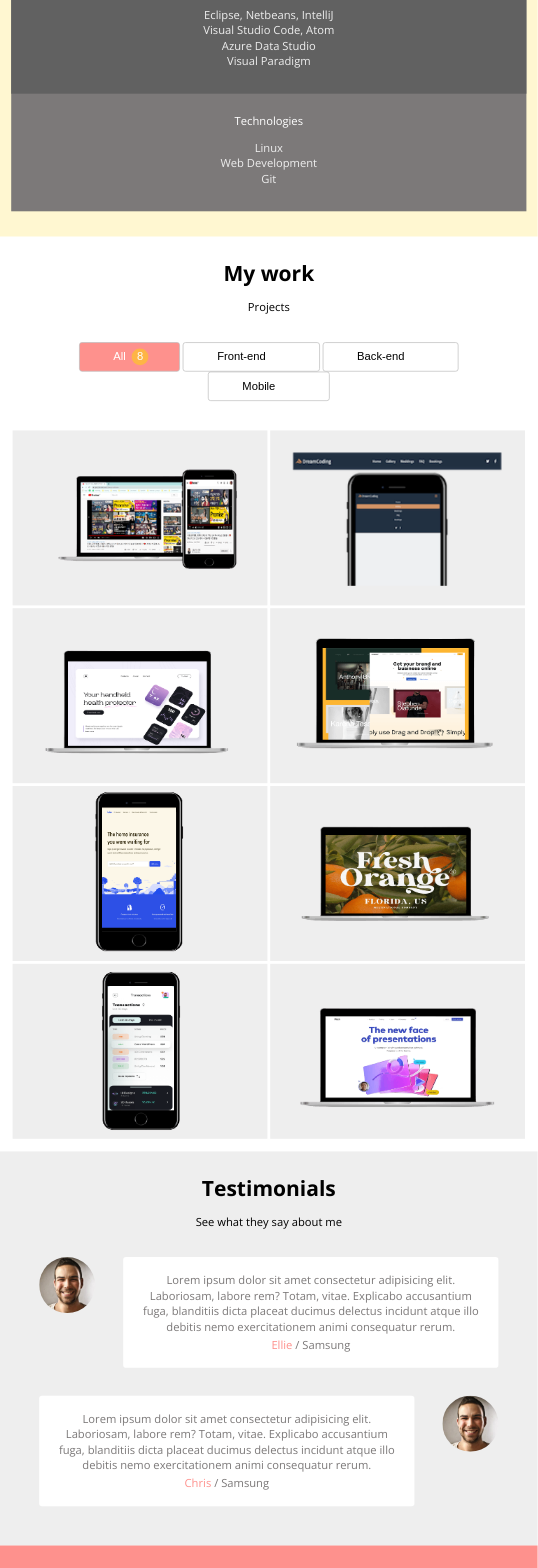
Repository: jennyjjung/portfolio.v0
Page: index.html
These files come from the project's save history. The page is drawn as it stood at one moment and after the next save; the edit follows.
The browser window is 768 px wide. The pictures show the part of the page from y = 2347 to 4587 px (the page is 4831 px tall), at 70% of full size.
Some web libraries are served in a nearby version.

Above is the page before, as saved 2022-02-28 12:04:50.

### index.html
<!DOCTYPE html>
<html lang="en">

<head>
  <meta charset="UTF-8">
  <meta http-equiv="X-UA-Compatible" content="IE=edge">
  <meta name="viewport" content="width=device-width, initial-scale=1.0">
  <title>Jenny's Portfolio</title>
  <meta name="description" content="Portfolio for world-renowned software engineer Jenny">
  <meta nema="author" content="Jenny">
  <link rel="icon" type="image/png" href="imgs/favicon.png" />
  <script src="https://kit.fontawesome.com/3a426e8432.js" crossorigin="anonymous"></script>
  <link rel="preconnect" href="https://fonts.googleapis.com">
  <link rel="preconnect" href="https://fonts.gstatic.com" crossorigin>
  <link href="https://fonts.googleapis.com/css2?family=Open+Sans:wght@400;600;700&display=swap" rel="stylesheet">
  <link rel="stylesheet" href="style.css" />
  <script src="main.js" defer></script>
</head>

<body>
  <!-- Navbar -->
  <nav id="navbar">
    <div class="navbar__logo">
      <i class="fab fa-diaspora"></i>
      <a href="#">Jenny</a>
    </div>
    <div class="navbar__menu">
        <li class="navbar__menu__item active" data-link="#home">Home</li>
        <li class="navbar__menu__item" data-link="#about">About</li>
        <li class="navbar__menu__item" data-link="#skills">Skills</li>
        <li class="navbar__menu__item" data-link="#work">My Work</li>
        <li class="navbar__menu__item" data-link="#testimonials">Testimonial</li>
        <li class="navbar__menu__item" data-link="#contact">Contact</li>
    </div>

    <!-- Toggel button -->
    <button class="navbar__toggle-btn">
      <i class="fas fa-bars"></i>
    </button>



  </nav>

  <!-- Home -->
  <section id="home">
    <div class= "home__container">
      <img src="imgs/profile.png" alt="Jenny's profile photo" class="home__avartar">
      <h1 class="home__title">Hello, <br>I am a Dream Coder!</h1>
      <h2 class="home__description">A Software Engineer currently residing in Ontario, Canada.</h2>
      <button class="home__contact">Contact Me</button>
    </div>
  </section>

  <!-- About -->
  <section id="about" class="section section__container">
    <h1>About me</h1>
    <p>
      Lorem ipsum dolor sit amet, consectetur adipisicing elit. Reiciendis, sit ex eos deserunt suscipit nobis
      aspernatur iste laudantium quibusdam aut, error iusto porro ut fuga corporis quis expedita, odit beatae?
    </p>
    <div class="about__majors">
      <div class="major">
        <div class="major__icon">
          <i class="fab fa-css3-alt"></i>
        </div>
        <h2 class="major__title">Front-end</h2>
        <div class="major__description">HTML, CSS, JavaScript, TypeScript, <br>React, Vue, Web APIs</div>
      </div>
      <div class="major">
        <div class="major__icon">
          <i class="fas fa-mobile-alt"></i>
        </div>
        <h2 class="major__title">Mobile</h2>
        <div class="major__description">Android, iOS, React Native, Flutter<br>Java, Swift, Kotilin</div>
      </div>
      <div class="major">
        <div class="major__icon">
          <i class="fas fa-server"></i>
        </div>
        <h2 class="major__title">Back-end</h2>
        <div class="major__description">Java, JavaScript, Go, NodeJS<br>Rest APIs, GraphGL</div>
      </div>
    </div>
    <div class="about__org">
      <div class="org">
        <img src="imgs/Sheridan_College_Logo.png" alt="Sheridan College" class="org__logo">
        <div class="job__description">
          <p class="org__name">Sheridan College - System Development Software Engineering</p>
          <p class="org__period">2021 Jan - Until now</p>
        </div>
      </div>
    </div>
  </section>

  <!-- Skills -->
  <section id="skills" class="section">
    <div class="section__container">
      <h1>Skills</h1>
      <h2>Skills & Attributes</h2>
      <p>
        Experience with all phases of the software life-cycle. Passion for learning new technologies. Capable of working
        within a team environment and independently. Ability to plan and time scheedule, work under strict time pressure
        and adapt quickly when needed.
      </p>

      <div class="skillset">
        <div class="skillset__left">
          <h3 class="skillset_title">Skills</h3>
          <div class="skill">
            <div class="skill_description">
              <span>Java</span>
              <span>80%</span>
            </div>
            <div class="skill__bar">
              <div class="skill__value" style="width:80%;"></div>
            </div>
          </div>
          <div class="skill">
            <div class="skill_description">
              <span>HTML, CSS</span>
              <span>95%</span>
            </div>
            <div class="skill__bar">
              <div class="skill__value" style="width:90%;"></div>
            </div>
          </div>
          <div class="skill">
            <div class="skill_description">
              <span>JavaScripnt</span>
              <span>80%</span>
            </div>
            <div class="skill__bar">
              <div class="skill__value" style="width:80%;"></div>
            </div>
          </div>
          <div class="skill">
            <div class="skill_description">
              <span>PHP</span>
              <span>50%</span>
            </div>
            <div class="skill__bar">
              <div class="skill__value" style="width:50%;"></div>
            </div>
          </div>
        </div>

        <div class="skillset__right">
          <div class="tools">
            <h3 class="skillset_title">Tools</h3>
            <ul class="tools__list">
              <li><span>Eclipse, Netbeans, IntelliJ</span></li>
              <li><span>Visual Studio Code, Atom</span></li>
              <li><span>Azure Data Studio</span></li>
              <li><span>Visual Paradigm</span></li>
            </ul>
          </div>
          <div class="technologies">
            <h3 class="skillset_title">Technologies</h3>
            <ul class="tools__list">
              <li><span>Linux</span></li>
              <li><span>Web Development</span></li>
              <li><span>Git</span></li>
            </ul>
          </div>
        </div>
      </div>
    </div>
  </section>

  <!-- Work -->
  <section id="work" class="section">
    <div class="section__container">
      <h1>My work</h1>
      <h3>Projects</h3>
      <div class="work__categories">
        <button class="category__btn selected" data-filter="*">All <span class="category__count">8</span></button>
        <button class="category__btn" data-filter="front-end">Front-end <span class="category__count">3</span></button>
        <button class="category__btn" data-filter="back-end">Back-end <span class="category__count">3</span></button>
        <button class="category__btn" data-filter="mobile">Mobile <span class="category__count">2</span></button>
      </div>

      <div class="work__projects">
        <a href="#" class="project" target="blank" data-type="front-end">
          <img class="project__img" src="imgs/projects/project1.png" alt="project1">
          <div class="project__description">
            <h3>Youtube Site</h3>
            <span>Clone coding with HTML and CSS</span>
          </div>
        </a>


        <a href="#" class="project" target="blank" data-type="back-end">
          <img class="project__img" src="imgs/projects/project2.png" alt="project2">
          <div class="project__description">
            <h3>project2</h3>
            <span>Clone coding with HTML and CSS</span>
          </div>
        </a>

        <a href="#" class="project" target="blank" data-type="front-end">
          <img class="project__img" src="imgs/projects/project3.png" alt="project3">
          <div class="project__description">
            <h3>project3</h3>
            <span>Clone coding with HTML and CSS</span>
          </div>
        </a>

        <a href="#" class="project" target="blank" data-type="back-end">
          <img class="project__img" src="imgs/projects/project4.png" alt="project4">
          <div class="project__description">
            <h3>project4</h3>
            <span>Clone coding with HTML and CSS</span>
          </div>
        </a>

        <a href="#" class="project" target="blank" data-type="mobile">
          <img class="project__img" src="imgs/projects/project5.png" alt="project5">
          <div class="project__description">
            <h3>project5</h3>
            <span>Clone coding with HTML and CSS</span>
          </div>
        </a>


        <a href="#" class="project" target="blank" data-type="front-end">
          <img class="project__img" src="imgs/projects/project6.png" alt="project6">
          <div class="project__description">
            <h3>project6</h3>
            <span>Clone coding with HTML and CSS</span>
          </div>
        </a>


        <a href="#" class="project" target="blank" data-type="mobile">
          <img class="project__img" src="imgs/projects/project7.png" alt="project7">
          <div class="project__description">
            <h3>project7</h3>
            <span>Clone coding with HTML and CSS</span>
          </div>
        </a>


        <a href="#" class="project" target="blank" data-type="back-end">
          <img class="project__img" src="imgs/projects/project8.png" alt="project8">
          <div class="project__description">
            <h3>project8</h3>
            <span>Clone coding with HTML and CSS</span>
          </div>
        </a>
      </div>
    </div>
  </section>

  <!-- Testimonials -->
  <section id="testimonials" class="section">
    <div class="section__container">
      <h1>Testimonials</h1>
      <h3>See what they say about me</h3>
      <div class="testimonials">
        <div class="testimonial">
          <img src="imgs/testimonial/bob.jpg" alt="People" class="testimonial__avatar">
          <div class="testimonial__speech-bubble">
            <p>Lorem ipsum dolor sit amet consectetur adipisicing elit. Laboriosam, labore rem? Totam, vitae. Explicabo accusantium fuga, blanditiis dicta placeat ducimus delectus incidunt atque illo debitis nemo exercitationem animi consequatur rerum.</p>
            <p class="name"><a href="#">Ellie </a>/ Samsung</p>
          </div>
        </div>
      </div>

      <div class="testimonials">
        <div class="testimonial">
          <div class="testimonial__speech-bubble">
            <p>Lorem ipsum dolor sit amet consectetur adipisicing elit. Laboriosam, labore rem? Totam, vitae. Explicabo accusantium fuga, blanditiis dicta placeat ducimus delectus incidunt atque illo debitis nemo exercitationem animi consequatur rerum.</p>
            <p class="name"><a href="#">Chris </a>/ Samsung</p>
          </div>
          <img src="imgs/testimonial/bob.jpg" alt="People" class="testimonial__avatar">
        </div>
      </div>
    </div>

  </section>

  <!-- Contact -->
  <section id="contact" class="section">
    <h1 class="contact__title">Let's talk</h1>
    <h2 class="contact__email">jungjuyo@sheridancollege.ca</h2>
    <div class="contact__links">
      <a href="https://github.com/jennyjjung" target="_blank">
        <i class="fa fa-github"></i>
      </a>
      <a href="https://www.linkedin.com/in/jennyjjung" target="_blank">
        <i class="fa fa-linkedin-square"></i>
      </a>
    </div>
    <p class="contact__rights">2021 Jenny Juyoung Jung - All reights reserved</p>
  </section>

  <!-- Arrow up-->
  <button class="arrow-up">
    <i class="fa-solid fa-arrow-up"></i>
  </button>
</body>

</html>

### style.css
/* Global */
:root {
  /* Color */
  --color-white: #ffffff;
  --color-light-white: #eeeeee;
  --color-dark-white: #bdbdbd;
  --color-pink: #fe918d;
  --color-dark-pink: #ff6863;
  --color-dark-grey: #4d4d4d;
  --color-grey: #616161;
  --color-light-grey: #7c7979;
  --color-blue: #73aace;
  --color-yellow: #fff7d1;
  --color-orange: #feb546;
  --color-black: #000000;

  /* Font weight */
  --weight-bold: 700;
  --weight-semi-bold: 600;
  --weight-regular: 400;

  /* Font Size */
  --font-large: 48px;
  --font-medium: 28px;
  --font-regular: 18px;
  --font-small: 16px;
  --font-micro: 14px;

  /* Size */
  --size-border-radius: 4px;

  /* Animation */
  --animation-duration: 300ms;
}

/* Universal tags */
* {
  box-sizing: border-box;
}

body {
  margin: 0;
  font-family: "Open Sans", sans-serif;
  cursor: default;
}

a {
  text-decoration: none;
  color: var(--color-white);
}

ul {
  list-style: none;
  padding-left: 0;
}

li {
  list-style: none;
}

button {
  background-color: transparent;
  cursor: pointer;
  border: none;
  outline: none;
}

/* Typography */
h1 {
  font-size: var(--font-large);
  font-weight: var(--weight-bold);
  color: var(--color-black);
  margin: 16px 0px;
}

h2 {
  font-size: var(--font-medium);
  font-weight: var(--weight-semi-bold);
  color: var(--color-black);
  margin: 8px 0;
}

h3 {
  font-size: var(--font-regular);
  font-weight: var(--weight-regular);
  color: var(--color-black);
  margin: 8px 0;
}

p {
  font-size: var(--font-regular);
  font-weight: var(--weight-regular);
  color: var(--color-black);
  margin: 4px 0;
}

/* Navbar */
#navbar {
  position: fixed;
  width: 100%;
  display: flex;
  justify-content: space-between;
  background-color: transparent;
  align-items: center;
  color: var(--color-white);
  padding: 16px;
  transition: all var(--animation-duration) ease-in-out;
  z-index: 1;
}

#navbar.navbar--dark {
  background-color: var(--color-pink);
  padding: 5px;
}

.navbar__menu {
  display: flex;
}

.navbar__logo {
  font-size: var(--font-medium);
  font-weight: var(--weight-semi-bold);
}

.navbar__menu__item {
  padding: 8px 12px;
  margin: 0 4px;
  cursor: pointer;
  color: var(--color-white);
  border: 1px solid transparent;
  border-radius: var(--size-border-radius);
}

.navbar__menu__item:hover {
  border-color: var(--color-white);
  background-color: var(--color-dark-pink);
}

.navbar__toggle-btn {
  position: absolute;
  right: 32px;
  font-size: 24px;
  color: var(--color-white);
  top: 24px;
  display: none;
}

/* Home */
#home {
  background: url("imgs/homebackground.png") center/cover no-repeat;
  padding: 40px;
  padding-top: 120px;
  text-align: center;
}

.home__avartar {
  width: 250px;
  height: 250px;
  border-radius: 50%;
  border: 2px solid var(--color-light-white);
}

.home__title,
.home__description {
  color: var(--color-white);
}

.home__contact {
  color: var(--color-light-white);
  font-size: var(--font-regular);
  font-weight: var(--weight-bold);
  margin: 24px;
  padding: 8px 12px;
  border: 2px solid var(--color-light-white);
  border-radius: var(--size-border-radius);
}

.home__contact:hover {
  background-color: var(--color-orange);
}

/* Section common */
.section {
  padding: 50px;
  text-align: center;
  margin: auto;
}

.section__container {
  max-width: 1200px;
  margin: auto;
}

/* About */
.about__majors {
  display: flex;
  justify-content: space-between;
  margin: 80px 0;
}

.major__icon {
  width: 170px;
  height: 170px;
  line-height: 170px;
  font-size: 70px;
  margin: auto;
  color: var(--color-blue);
  border: 1px solid var(--color-blue);
  border-radius: 50%;
  margin-bottom: 16px;
}

.major__icon i {
  transition: all var(--animation-duration) ease;
}

.major__icon:hover i {
  color: var(--color-pink);
  transform: rotate(-30deg) scale(1.1);
}

.major__title,
.major__description {
  color: var(--color-dark-grey);
}

.major__description {
  font-size: var(--font-small);
}

.org {
  display: flex;
  align-items: center;
}

.org img {
  width: 80px;
}

.org__description {
  margin: 0 16px;
  text-align: left;
}

.org__name,
.org__period {
  color: var(--color-light-grey);
}

.org__name {
  font-size: var(--font-small);
}

.org__period {
  font-size: var(--font-micro);
}

/* Skill */

#skills {
  background-color: var(--color-yellow);
}

.skillset {
  display: flex;
  background-color: var(--color-light-grey);
  color: var(--color-light-white);
  margin: 20px 0;
}

.skillset_title {
  color: var(--color-white);
}

.skillset__left {
  flex-basis: 60%;
  background-color: var(--color-dark-grey);
  padding: 20px 40px;
}

.skill {
  margin-bottom: 32px;
}

.skill_description {
  display: flex;
  justify-content: space-between;
}

.skill__bar {
  width: 100%;
  height: 3px;
  background-color: var(--color-grey);
}

.skill__value {
  height: 3px;
  background-color: var(--color-orange);
}

.skillset__right {
  flex-basis: 40%;
}

.tools {
  background-color: var(--color-grey);
}

.tools,
.technologies {
  padding: 20px;
}

/* Work */

.work__categories {
  margin: 40px;
}
.category__btn {
  border: 1px solid var(--color-dark-white);
  border-radius: var(--size-border-radius);
  font-size: var(--font-regular);
  padding: 8px 48px;
}

.category__btn.selected,
.category__btn:hover {
  background-color: var(--color-pink);
  color: var(--color-white);
}

.category__btn.selected .category__count,
.category__btn:hover .category__count {
  opacity: 1;
  top: 0;
}

.category__count {
  background-color: var(--color-orange);
  border-radius: 50%;
  color: var(--color-white);
  width: 24px;
  line-height: 24px;
  display: inline-block;
  position: relative;
  top: -20px;
  left: 4px;
  opacity: 0;
  transition: all var(--animation-duration);
}

.work__projects {
  display: flex;
  flex-wrap: wrap;
  justify-content: center;
  opacity: 1;
  transition: all var(--animation-duration) ease-out;
}

.work__projects.anim-out {
  opacity: 0;
  transform: scale(0.96) translateY(40px);
}

.project {
  display: flex;
  justify-content: center;
  align-items: center;
  position: relative;
  width: 280px;
  height: 250px;
  margin: 2px;
  background-color: var(--color-light-white);
}

.project.invisible {
  display: none;
}

.project__img {
  max-width: 100%;
  max-height: 100%;
}

.project__description {
  display: flex;
  flex-direction: column;
  justify-content: center;
  background-color: black;
  position: absolute;
  top: 0;
  left: 0;
  width: 100%;
  height: 100%;
  opacity: 0;
  transform: translateY(10px);
  transition: all var(--animation-duration) ease;
}

.project:hover .project__description {
  opacity: 0.8;
  transform: translateY(0px);
}

.project__description h3 {
  color: var(--color-orange);
}

.project__description h3:after {
  content: "";
  display: block;
  position: relative;
  left: 50%;
  width: 50px;
  height: 2px;
  transform: translateX(-50%);
  margin-top: 8px;
  background-color: var(--color-dark-white);
}

/* Testimonials */

#testimonials {
  background-color: var(--color-light-white);
}

.testimonials {
  margin: 40px;
}

.testimonial {
  display: flex;
  margin: 32px 0;
}

.testimonial__avatar {
  width: 150px;
  height: 150px;
  border-radius: 50%;
}

.testimonial__avatar:nth-child(odd) {
  margin-right: 40px;
}

.testimonial__avatar:nth-child(even) {
  margin-left: 40px;
}

.testimonial__speech-bubble {
  padding: 18px;
  background-color: var(--color-white);
  border-radius: var(--size-border-radius);
}

.testimonial__speech-bubble p {
  color: var(--color-light-grey);
}

.testimonial__speech-bubble a {
  color: var(--color-pink);
}

/* Contact */

#contact {
  background-color: var(--color-pink);
}

.contact__title,
.contact__email,
.contact__rights {
  color: var(--color-white);
}

.contact__title {
  margin: 32px 0;
}

.contact__links {
  font-size: var(--font-large);
  margin: 24px 0;
  transition: all var(--animation-duration);
}

.contact__links i:hover {
  transform: scale(1.1);
  color: var(--color-light-grey);
}

/* Scroll */
.arrow-up {
  position: fixed;
  bottom: 50px;
  right: 50px;
  width: 70px;
  height: 70px;
  font-size: 50px;
  color: var(--color-white);
  background-color: var(--color-pink);
  border-radius: 50%;
  opacity: 0;
  pointer-events: none;
  transition: opacity 300ms ease-in;
}

.arrow-up.visible {
  opacity: 1;
  pointer-events: auto;
}

/* For below 768px screen width */
@media screen and (max-width: 768px) {
  :root {
    /* Font Size */
    --font-large: 30px;
    --font-medium: 18px;
    --font-regular: 16px;
    --font-small: 14px;
    --font-micro: 12px;
  }
  .navbar__toggle-btn {
    display: block;
  }

  #navbar {
    flex-direction: column;
    align-items: flex-start;
    background-color: var(--color-pink);
  }

  #navbar.navbar--dark {
    padding: 16px;
  }

  .navbar__menu {
    flex-direction: column;
    text-align: center;
    width: 100%;
    display: none;
  }

  .navbar__menu.open {
    display: block;
  }

  .section {
    padding: 16px;
  }

  .about__majors {
    flex-direction: column;
    margin-top: 30px;
    margin-bottom: 0px;
  }

  .major {
    margin-bottom: 38px;
  }

  .skillset {
    flex-direction: column;
  }

  .project {
    flex-grow: 1;
  }

  .testimonial__avatar {
    width: 80px;
    height: 80px;
  }
}

### main.js
'use strict';


// Make navbar transparent when it is on the top
const navbar = document.querySelector('#navbar');
const navbarHeight = navbar.getBoundingClientRect().height;

document.addEventListener('scroll', () => {
  // console.log(window.scrollY);
  // console.log(`navbarHeight: ${navbarHeight}`);

  if(window.scrollY > navbarHeight) {
    navbar.classList.add('navbar--dark');
  } else {
    navbar.classList.remove('navbar--dark');
  }
});

// Handle scrolling when tapping on the navbar menu
const navbarMenu = document.querySelector('.navbar__menu');
navbarMenu.addEventListener('click', (event) => {
  const target = event.target;
  const link = target.dataset.link;

  if (link == null) {
    return;
  }
  //console.log(event.target.dataset.link);
  navbarMenu.classList.remove('open');
  scrollIntoView(link);
});

// Navbar toggle button for small screen
const navbarToggleBtn = document.querySelector('.navbar__toggle-btn');
navbarToggleBtn.addEventListener('click', () => {
  navbarMenu.classList.toggle('open');
});


// Handle click on "contact me" button on home
const homeContactBtn = document.querySelector('.home__contact');

homeContactBtn.addEventListener('click', (event) => {
  scrollIntoView('#contact');
});

// Make home slowly fade to transparent as the window scrolls down
const home = document.querySelector('.home__container');
const homeHeight = home.getBoundingClientRect().height;
document.addEventListener('scroll', () => {
  //console.log(1 - window.scrollY / homeHeight);
  home.style.opacity = 1 - window.scrollY / homeHeight;
});

// Show "arrow up" button when scrolling down
const arrowUp = document.querySelector('.arrow-up');
document.addEventListener('scroll', () => {
  if(window.scrollY > homeHeight / 2) {
    arrowUp.classList.add('visible');
  } else {
    arrowUp.classList.remove('visible');
  }
});

// Handle click on the "arrow up" button
arrowUp.addEventListener('click', () => {
  scrollIntoView('#home');
});

// Projects
const workBtnContainer = document.querySelector('.work__categories');
const projectContainer = document.querySelector('.work__projects');
const projects = document.querySelectorAll('.project');
workBtnContainer.addEventListener('click', (e) => {
  const filter = e.target.dataset.filter || e.target.parentNode.dataset.filter;

  if (filter == null) {
    return;
  }

  // Remove selection from the previous item and select the new one
  const active = document.querySelector('.category__btn.selected');
  active.classList.remove('selected');
  const target =
    e.target.nodeName === 'BUTTON' ? e.target : e.target.parentNode;
  target.classList.add('selected');

  projectContainer.classList.add('anim-out');
  setTimeout(() => {
    projects.forEach((project) => {
      console.log(project.dataset.type);
      if (filter === '*' || filter === project.dataset.type) {
        project.classList.remove('invisible');
      } else {
        project.classList.add('invisible');
      }
    });
    projectContainer.classList.remove('anim-out');
  }, 300);

  // console.log('----------------');
  // for (let project of projects) {
  //   console.log(project);
  // }

  // console.log('----------------');
  // let project;
  // for (let i = 0; i < projects.length; i++) {
  //   project = projects[i];
  // }

});


// extract method that is repeating
function scrollIntoView(selector) {
  const scrollTo = document.querySelector(selector);
  scrollTo.scrollIntoView({behavior: 'smooth'});
};

After the next save:
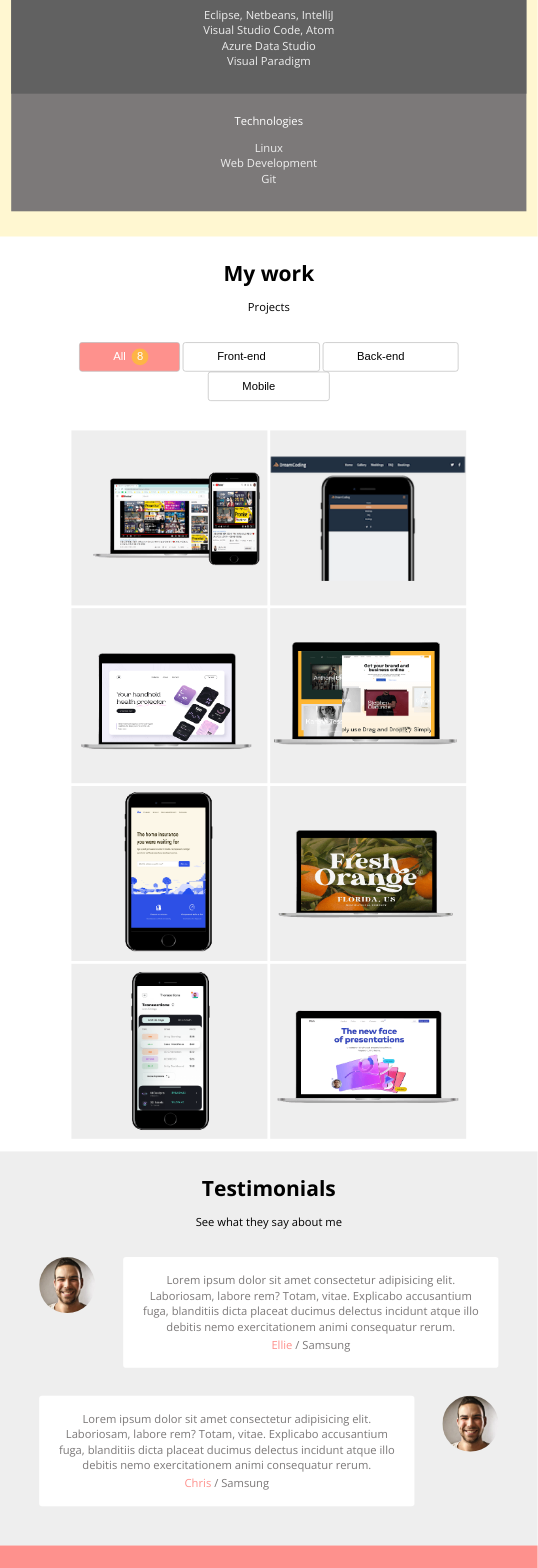
Saved 37 s later.
--- a/style.css
+++ b/style.css
@@ -562,7 +562,7 @@ p {
     flex-direction: column;
   }
 
-  .project {
+  . .project {
     flex-grow: 1;
   }
 
